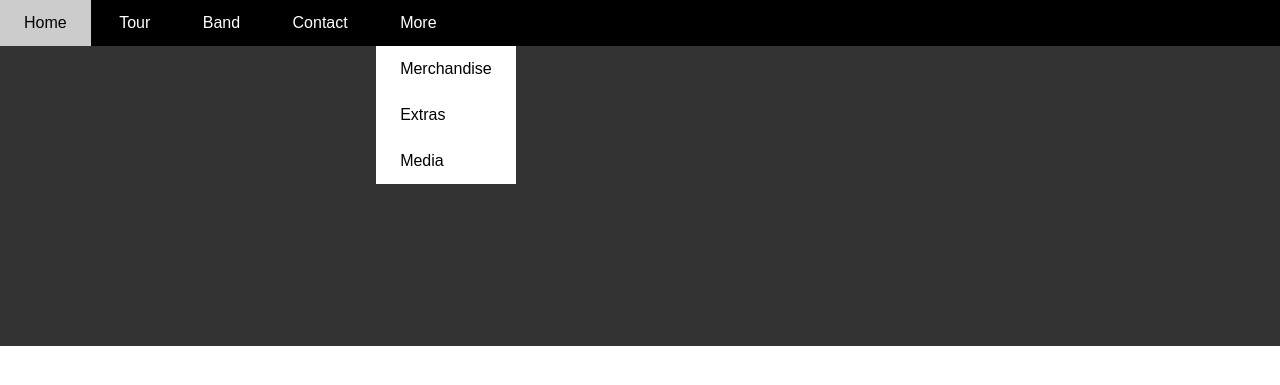
Repository: ducvui2003/LTCB
Page: index.html
An editor plug-in stored every save of this project. The page is shown before and after the next save, followed by the edit.
The browser window is 1280 px wide. The pictures show the whole page.

Above is the page before, as saved 2022-01-04 11:20:58.

After the next save:
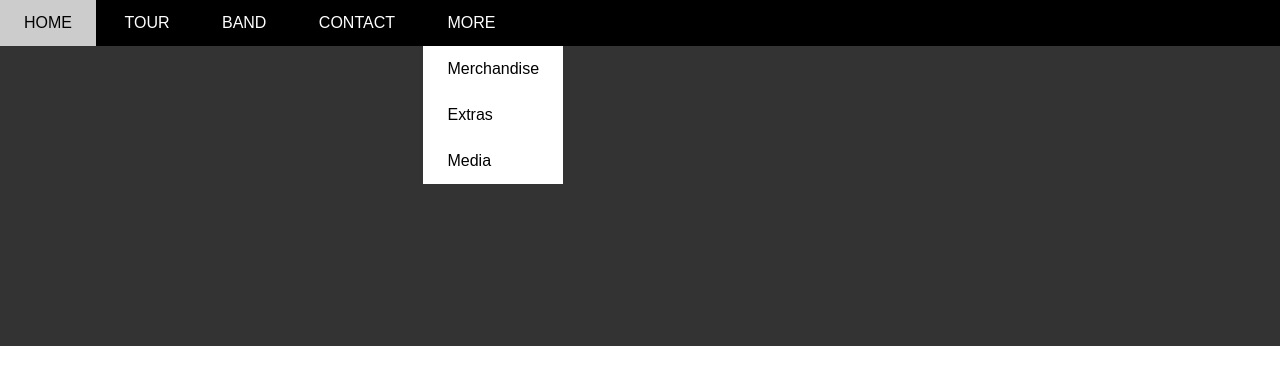
Saved 42 s later.
--- a/assest/Css/styles.css
+++ b/assest/Css/styles.css
@@ -30,6 +30,8 @@
 
 #nav>li>a {
     color: white;
+    text-transform: uppercase;
+    /* chinh chu thuong thanh hoa */
 }
 
 #nav li a {
